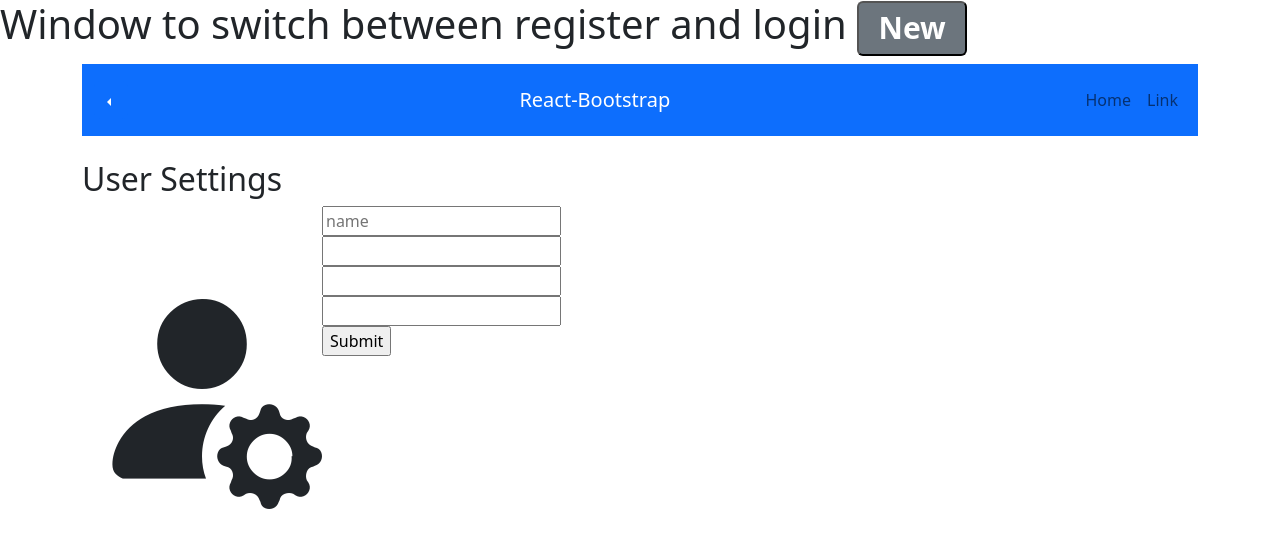
Repository: christenis98/RealWorldApp
Page: / (app in bank-frontend/)
The author's editor kept a copy of each file at every save. The page is drawn from the files as they stood at one save, then again after the next save.
The browser window is 1280 px wide. The pictures show the whole page.
The project was rebuilt for these pictures with package versions that can differ from the ones it lists, and the page was loaded fresh each time. Also part of the build but not shown: bank-frontend/src/App.css.

Above is the page before, as saved 2022-11-24 16:21:26.

After the next save:
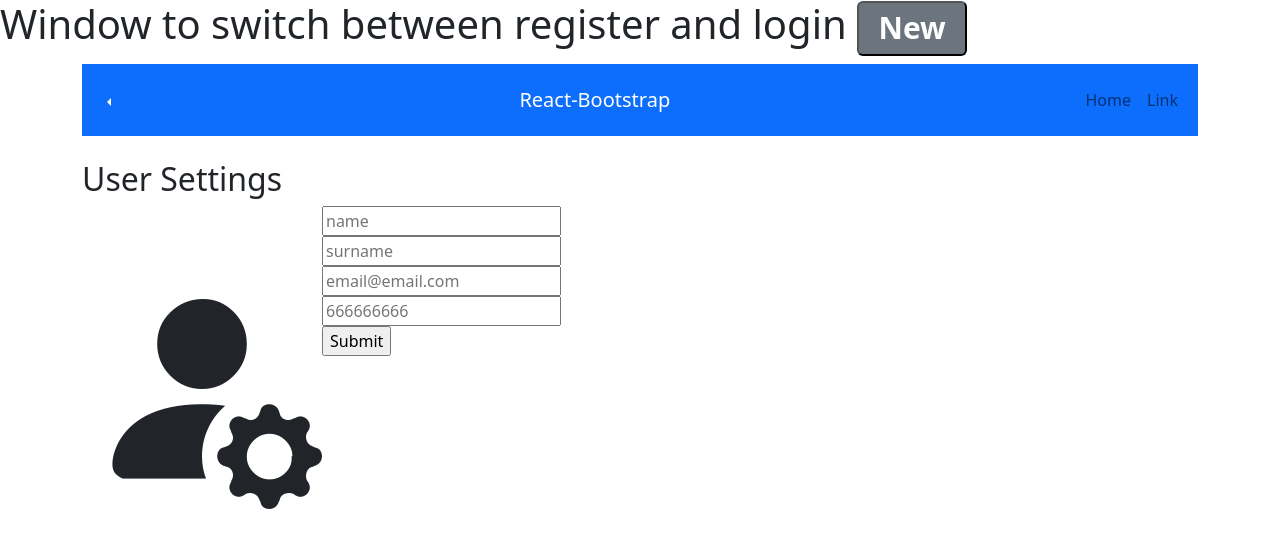
Saved 2 min 58 s later.
--- a/bank-frontend/src/js/UserSettings.jsx
+++ b/bank-frontend/src/js/UserSettings.jsx
@@ -17,13 +17,13 @@ function UserSettings() {
                         <input type="text" placeholder='name' name="name" />
                     </div>
                     <div className="">
-                        <input type="text" name="name" />
+                        <input type="text" name="surname" placeholder='surname'/>
                     </div>
                     <div className="">
-                        <input type="text" name="name" />
+                        <input type="email" name="email" placeholder='email@email.com'/>
                     </div>
                     <div className="">
-                        <input type="text" name="name" />
+                        <input type="number " maxLength={9} name="number" placeholder='666666666' />
                     </div>
                     <div className=''>
                         <input type="submit" value="Submit" />
